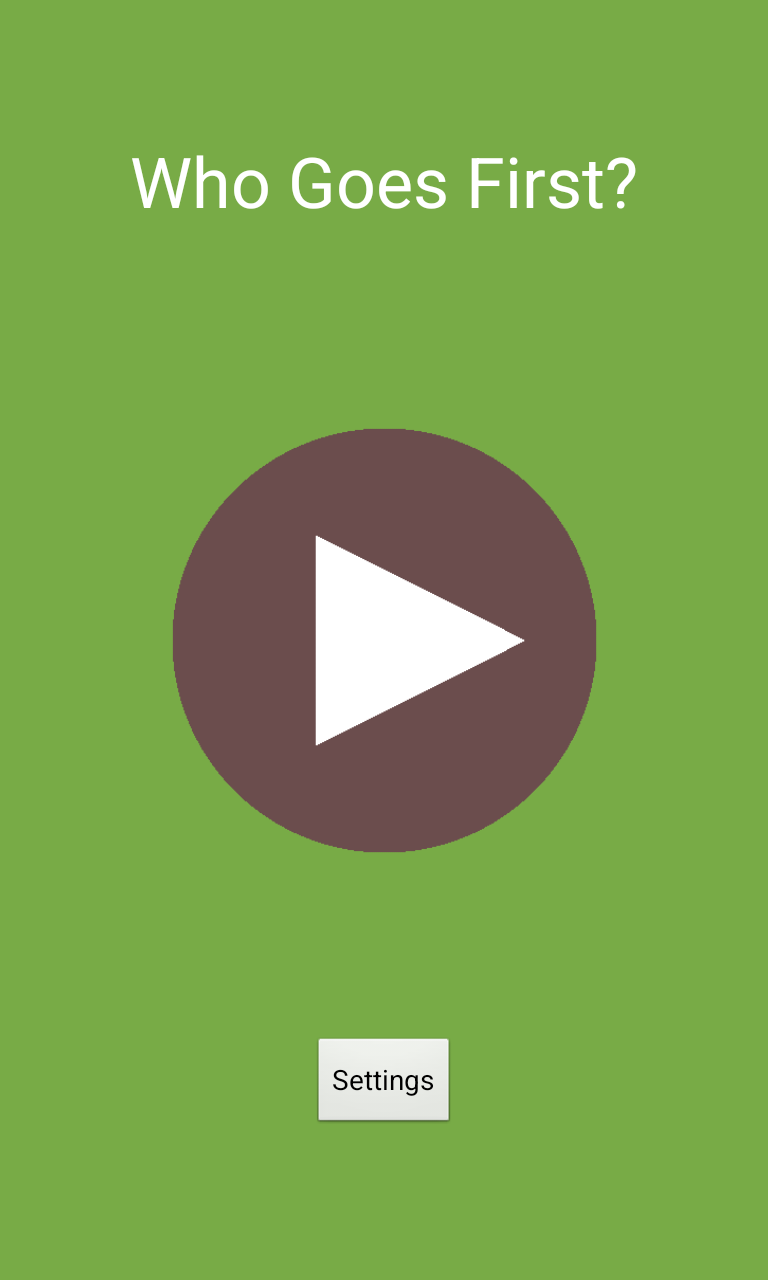
Repository: DarwinLYang/WhoGoesFirstApp
Layout: Who First/WhoFirst/res/layout/fragment_main.xml
An editor plug-in stored every save of this project. The layout is shown before and after the next save, followed by the edit.
It is drawn on a 768 x 1280 px phone screen (xhdpi) without system bars, with theme android:Theme.NoTitleBar.Fullscreen; the app's code is not run.

Above is the layout before, as saved 2014-04-09 21:38:55.

### Who First/WhoFirst/res/layout/fragment_main.xml
<RelativeLayout xmlns:android="http://schemas.android.com/apk/res/android"
    xmlns:tools="http://schemas.android.com/tools"
    android:id="@+id/TitleScreen"
    android:layout_width="match_parent"
    android:layout_height="match_parent"
    android:background="@color/green"
    android:gravity="center_horizontal" >

    <TextView
        android:id="@+id/MainTitle"
        android:layout_width="wrap_content"
        android:layout_height="wrap_content"
        android:layout_alignParentTop="true"
        android:layout_centerHorizontal="true"
        android:layout_marginTop="67dp"
        android:text="Who Goes First?"
        android:textAppearance="?android:attr/textAppearanceLarge"
        android:textSize="35sp" />

    <ImageButton
        android:id="@+id/questionButton"
        android:layout_width="300dip"
        android:layout_height="300dip"
        android:layout_centerHorizontal="true"
        android:layout_centerVertical="true"
        android:background="@drawable/start_button"
        android:gravity="center_vertical|center_horizontal"
        android:onClick="questionScreen" />

    <Button
        android:id="@+id/settingsButton"
        android:layout_width="wrap_content"
        android:layout_height="wrap_content"
        android:layout_below="@+id/questionButton"
        android:layout_centerHorizontal="true"
        android:layout_marginTop="48dp"
        android:onClick="settingsScreen"
        android:text="@string/button_setting" />

</RelativeLayout>

### Who First/WhoFirst/res/values/strings.xml
<?xml version="1.0" encoding="utf-8"?>
<resources>

    <string name="app_name">Who Goes First</string>
    <string name="button_question">Who Goes First?</string>
    <string name="button_setting">Settings</string>
    <string name="button_next_question">Give me another</string>
    <string name="action_settings">Settings</string>
    <string name="title_activity_main">MainActivity</string>
    <string name="title_activity_question">QuestionActivity</string>
    <string name="title_activity_settings">SettingsActivity</string>
    <string name="text_question_title">Question</string>
    <string name="text_default_question">Default Question</string>

    <color name="green">#78AB46</color>
    <color name="blue">#43BFC7</color>
    <color name="red">#E77471</color>

</resources>

After the next save:
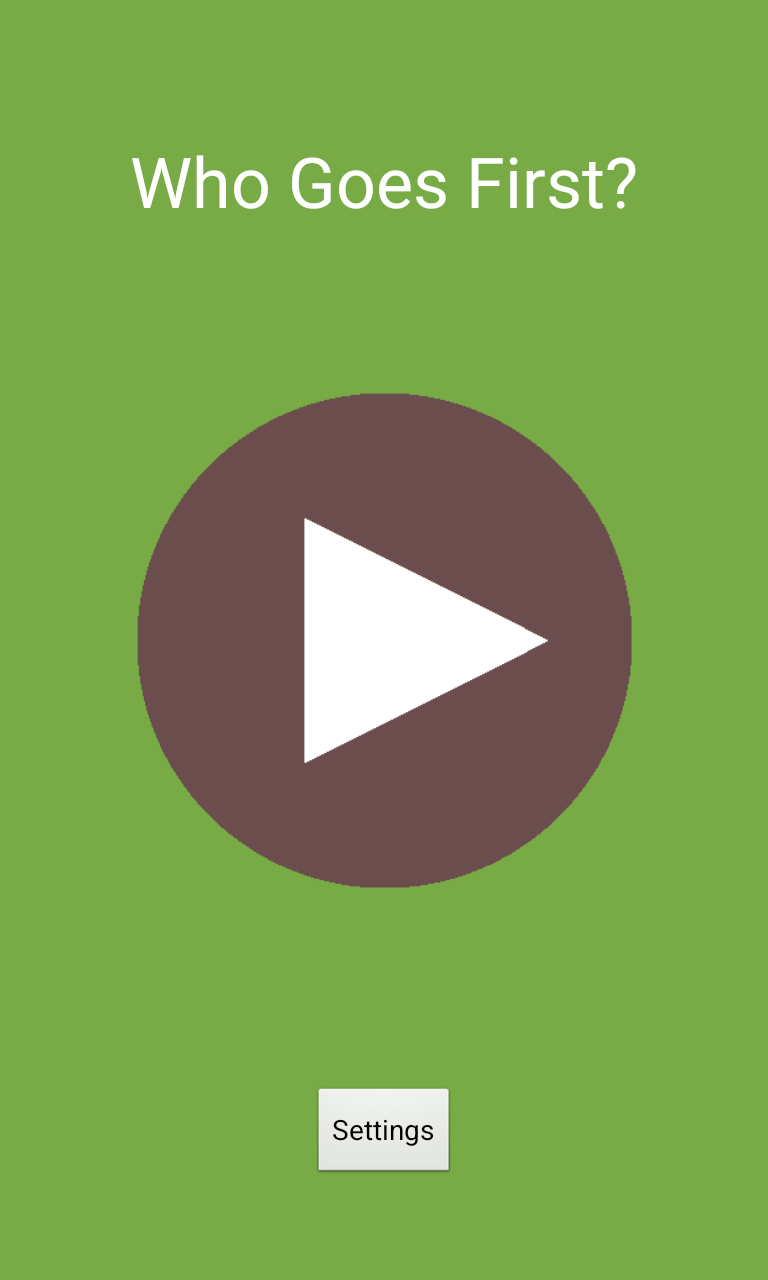
Saved 51 s later.
--- a/Who First/WhoFirst/res/layout/fragment_main.xml
+++ b/Who First/WhoFirst/res/layout/fragment_main.xml
@@ -19,10 +19,11 @@
 
     <ImageButton
         android:id="@+id/questionButton"
-        android:layout_width="300dip"
-        android:layout_height="300dip"
+        android:layout_width="350dip"
+        android:layout_height="350dip"
         android:layout_centerHorizontal="true"
         android:layout_centerVertical="true"
+        android:adjustViewBounds="true"
         android:background="@drawable/start_button"
         android:gravity="center_vertical|center_horizontal"
         android:onClick="questionScreen" />

After the save that followed:
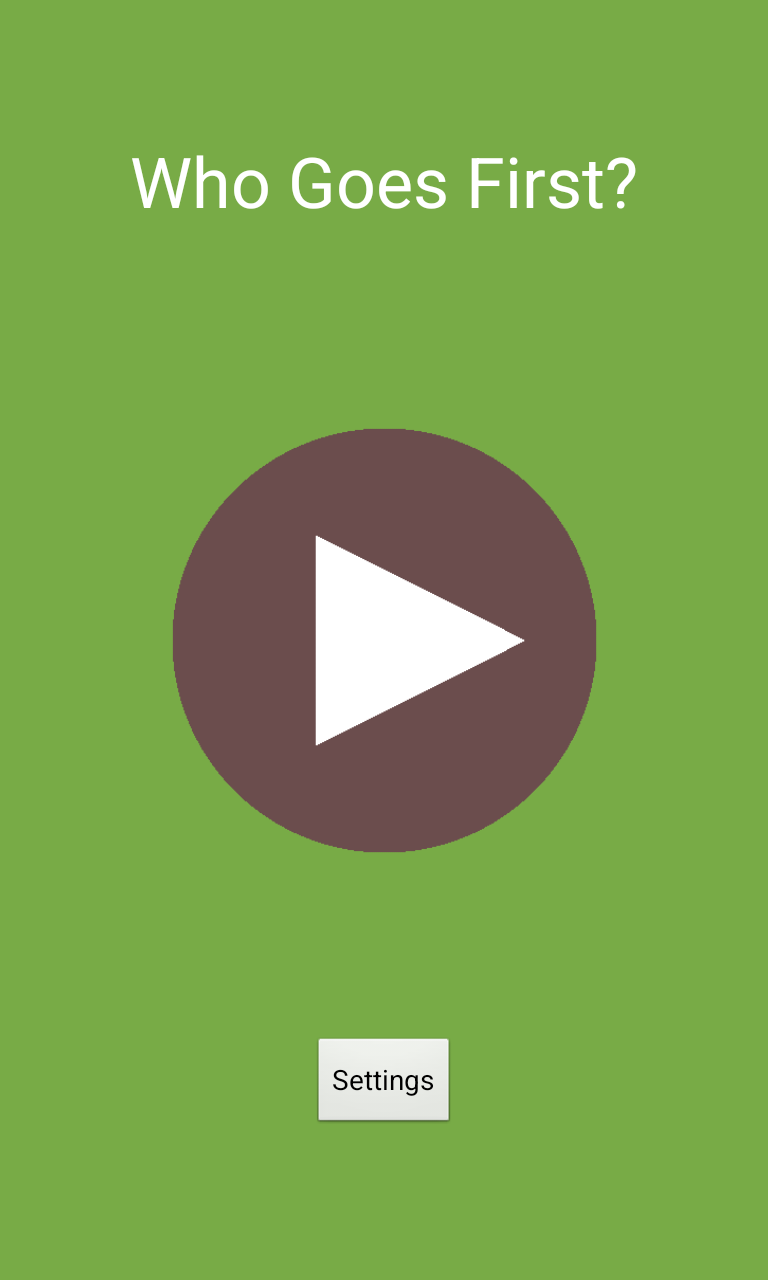
Saved 6 s later.
--- a/Who First/WhoFirst/res/layout/fragment_main.xml
+++ b/Who First/WhoFirst/res/layout/fragment_main.xml
@@ -19,8 +19,8 @@
 
     <ImageButton
         android:id="@+id/questionButton"
-        android:layout_width="350dip"
-        android:layout_height="350dip"
+        android:layout_width="300dip"
+        android:layout_height="300dip"
         android:layout_centerHorizontal="true"
         android:layout_centerVertical="true"
         android:adjustViewBounds="true"
